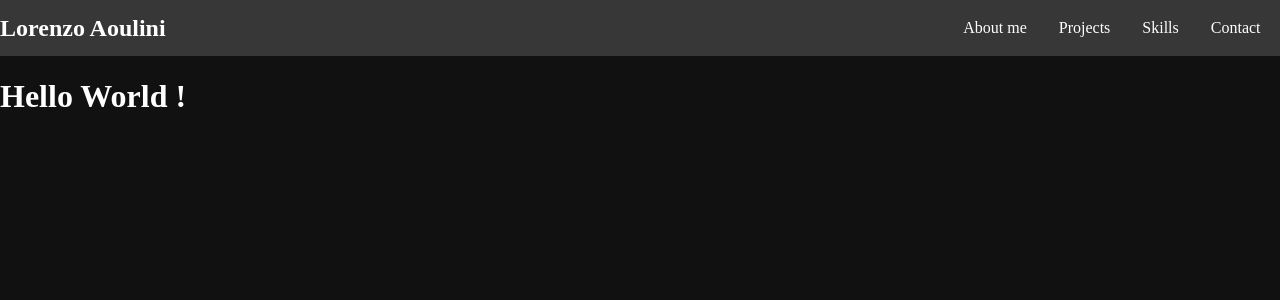
Repository: lolo298/lolo298.github.io
Page: index.html
These files come from the project's save history. The page is drawn as it stood at one moment and after the next save; the edit follows.
The browser window is 1280 px wide. The pictures show the whole page.

Above is the page before, as saved 2022-05-09 17:20:58.

### index.html
<!DOCTYPE html>
<html lang="en">

<head>
    <meta charset="UTF-8">
    <meta http-equiv="X-UA-Compatible" content="IE=edge">
    <meta name="viewport" content="width=device-width, initial-scale=1.0">
    <link rel="stylesheet" href="css/style.css">
    <title>Portfolio</title>
</head>

<body>
    <div class="main-container">
        <nav class="main-navbar">
            <h1>Lorenzo Aoulini</h1>
            <ul class="main-navbar-list">
                <li class="main-navbar-item">
                    <a href="#">About me</a>
                </li>
                <li class="main-navbar-item">
                    <a href="#">Projects</a>
                </li>
                <li class="main-navbar-item">
                    <a href="#">Skills</a>
                </li>
                <li class="main-navbar-item">
                    <a href="#">Contact</a>
                </li>
        </nav>
        <h1>Hello World !</h1>

    </div>

</body>

</html>

### css/style.css
html {
    background-color: #111111;
}

body {
    padding: 0;
    margin: 0;
}

.main-container {
    color: white;
    height: 100%;
    width: 100%;
}

.main-navbar {
    background-color: #373737;
    height: 10%;
    width: 100%;
    display: flex;
    justify-content: space-between;
    align-items: center;
    padding: 1% 0% 1% 0%;
}

.main-navbar>* {
    margin: 0;
}

.main-navbar-list {
    width: 25%;
    display: flex;
    flex-direction: row;
    align-items: center;
    list-style: none;
    margin-right: 1%;
}

.main-navbar-item {
    height: 100%;
    padding: 0% 5% 0% 5%;
    display: flex;
    justify-content: center;
    align-items: center;
}

.main-navbar-item>a {
    vertical-align: middle;
    text-decoration: none;
    color: white;
    width: max-content;
    height: 100%;
    padding: 10% 0% 10% 0%;
}

.main-navbar-item:hover {
    background-color: #6A6A6A;
}

After the next save:
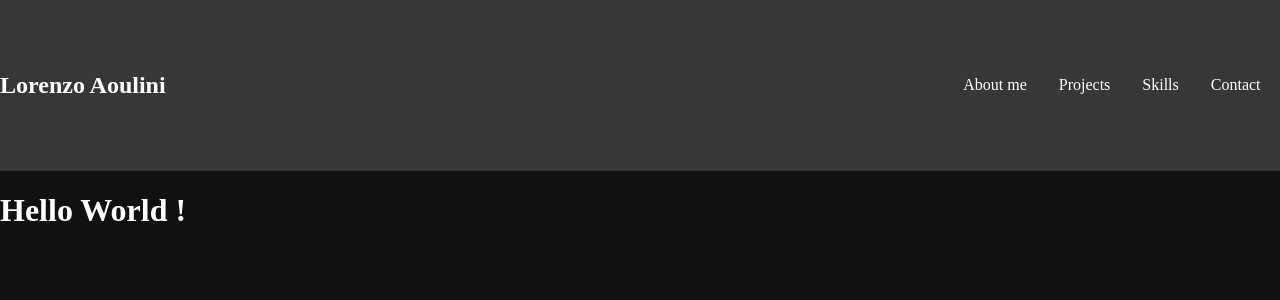
Saved 23 s later.
--- a/css/style.css
+++ b/css/style.css
@@ -50,7 +50,7 @@ body {
     color: white;
     width: max-content;
     height: 100%;
-    padding: 10% 0% 10% 0%;
+    padding: 100% 0% 100% 0%;
 }
 
 .main-navbar-item:hover {
